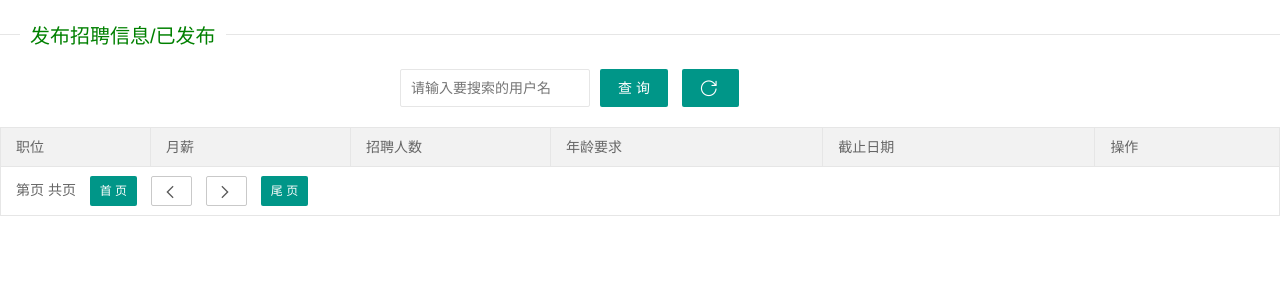
Repository: LongJinhe-coder/java-web-
Page: http://localhost/projectDemo7.30/checkRecruitment.jsp
The author's editor kept a copy of each file at every save. The page is drawn from the files as they stood at one save, then again after the next save.
The browser window is 1280 px wide. The pictures show the whole page.
The page is served by Tomcat 9. Other server files are loaded and not shown.

Above is the page before, as saved 2020-07-29 07:43:14.
Console error (its wording comes from the project's code and is left out).

### MyEclipse CI/projectDemo7.30/WebRoot/checkRecruitment.jsp
<%@page import="com.etc.dao.RecruitDao"%>
<%@ page language="java" import="java.util.*" pageEncoding="UTF-8"%>
<%@ taglib prefix="c" uri="http://java.sun.com/jsp/jstl/core" %>
<%@ page import="com.etc.entity.*" %>

<%
String path = request.getContextPath();
String basePath = request.getScheme()+"://"+request.getServerName()+":"+request.getServerPort()+path+"/";
%>

<!DOCTYPE html>
<html>
<head>
  <meta charset="utf-8">
  <title>Layui</title>
  <meta name="renderer" content="webkit">
  <meta http-equiv="X-UA-Compatible" content="IE=edge,chrome=1">
  <meta name="viewport" content="width=device-width, initial-scale=1, maximum-scale=1">
  <link rel="stylesheet" href="layui/css/layui.css"  media="all">
  <!-- 注意：如果你直接复制所有代码到本地，上述css路径需要改成你本地的 -->
</head>

<%
	PageData pagedata = (PageData)request.getAttribute("pagedata");

	  RecruitDao rdao=new RecruitDao();
 %>

<body>
 <fieldset class="layui-elem-field layui-field-title" style="margin-top: 20px;">
  <legend align="left" style="color:green;">发布招聘信息/已发布</legend>
</fieldset>
 <form class="layui-form"  action="">
  <div class="layui-form-item">
    <div class="layui-inline">
      <div class="layui-input-inline" style="margin-left:400px">
        <input onkeydown="show();" type="text" name="positionName" autocomplete="off"  id="btn_text" class="layui-input" placeholder="请输入要搜索的用户名">
      </div>
      <div class="layui-input-inline">
       <button type="button" class="layui-btn" id="search_btn" onclick="search()">查 询</button>
      	<button type="button" class="layui-btn" onclick="refresh()"><i class="layui-icon">&#xe669;</i></button>
      </div>
    </div>
    </div>
</form>

<table class="layui-table">
  <colgroup>
    <col width="150">
    <col width="200">
    <col width="200">
  </colgroup>
  <thead>
    <tr>
      <th>职位</th>
      <th>月薪</th>
      <th>招聘人数</th>
      <th>年龄要求</th>
      <th>截止日期</th>
      <th>操作</th>
    </tr>
  </thead>
  <tbody>

  <c:forEach  var="recruitment" items="${pagedata.data}">
  <tr>
      <c:set var="positionID" value="${recruitment.positionID.positionID}" scope="request"></c:set>
      <!-- 得到岗位名称 -->
      <td><%=rdao.getPositionName((int)request.getAttribute("positionID"))%></td>
      <td>${recruitment.salary}</td>
      <td>${recruitment.count}</td>
      <td>${recruitment.age}</td>
      <td>${recruitment.dueDate}</td>

      <td><button type="button" class="layui-btn" onclick="lookInfo(${recruitment.recruitmentID},${pagedata.pageNo},${pagedata.pageSize})">查看信息</button><button type="button" class="layui-btn" onclick="deleteInfo(${recruitment.recruitmentID},${pagedata.pageNo},${pagedata.pageSize})">撤回信息</button></td>
    </tr>

     </c:forEach>
  <tr>

   		<td colspan="6">
   			第<font color="red">${pagedata.pageNo}</font>页 共<font color="red">${pagedata.totalPage}</font>页
   			<button type="button" class="layui-btn layui-btn-sm" onclick="toFirst(${pagedata.pageNo},${pagedata.pageSize})" style="margin-left:10px">首 页</button>
   			<button type="button" class="layui-btn layui-btn-sm layui-btn-primary" onclick="prePage(${pagedata.pageNo},${pagedata.pageSize})">
			  <i class="layui-icon">&#xe603;</i>
			</button>
			<button type="button" class="layui-btn layui-btn-sm layui-btn-primary" onclick="nextPage(${pagedata.pageNo},${pagedata.pageSize},${pagedata.totalPage})">
			  <i class="layui-icon">&#xe602;</i>
			</button>
   			<button type="button" class="layui-btn layui-btn-sm" onclick="toLast(${pagedata.pageNo},${pagedata.pageSize},${pagedata.totalPage})">尾 页</button>
   		</td>
   </tr>

  </tbody>
</table>
<c:if test="${pagedata.totalPage == 0}">
      	 <center><font size="30px" color="black">没有找到与您搜索相匹配的用户！</font></center>
</c:if>
</body>
<script type="text/javascript">
//传pageNo,pageSize是为了删除后回到当前界面



 //首页
  function toFirst(pageNo,pageSize){
   if(pageNo<=1){
  	return;
  }
  location.href="RecruitmentInfo?option=queryByPage&pageNo=1&pageSize="+pageSize+"&url=checkRecruitment.jsp";
  }
  function prePage(pageNo,pageSize){
  if(pageNo<=1){
  	alert("当前已是第一页");
  	return;
  }
  	location.href="RecruitmentInfo?option=queryByPage&pageNo="+(pageNo-1)+"&pageSize="+pageSize+"&url=checkRecruitment.jsp";
  }
  function nextPage(pageNo,pageSize,totalPage){

    if(pageNo>=totalPage){
    	alert("当前已是最后一页");
  		return;
    }
  	location.href="RecruitmentInfo?option=queryByPage&pageNo="+(pageNo+1)+"&pageSize="+pageSize+"&url=checkRecruitment.jsp";
  }
  function toLast(pageNo,pageSize,totalPage){
  if(pageNo>=totalPage){
  		return;
    }
  	location.href="RecruitmentInfo?option=queryByPage&pageNo="+totalPage+"&pageSize="+pageSize+"&url=checkRecruitment.jsp";
  }

  function deleteInfo(recruitmentID,pageNo,pageSize){
	location.href="RecruitmentInfo?option=deleteInfo&recruitmentID="+recruitmentID+"&pageNo="+pageNo+"&pageSize="+pageSize+"&url=checkRecruitment.jsp";
}

 function lookInfo(recruitmentID,pageNo,pageSize){
   location.href="RecruitmentInfo?option=lookInfo&recruitmentID="+recruitmentID+"&pageNo="+pageNo+"&pageSize="+pageSize+"&url=checkRecruitment.jsp";
 }

  function search(){
  var positionName = document.getElementById("btn_text").value;
  if(positionName==null||positionName==""){
  alert("请输入查询的内容！");
  return;
  }
  location.href="RecruitmentInfo?option=queryLikeName&positionName="+positionName+"&url=checkRecruitment.jsp";
  }

  function refresh(){
  location.href="RecruitmentInfo?option=queryByPage&url=checkRecruitment.jsp";
  }
   function show () {
      var e=window.event||arguments.callee.caller.arguments[0];
      if(e.keyCode==13){
         event.keyCode = 0;//屏蔽回车键
          event.returnValue = false;
          alert("请点击查询按钮！");
      }
    }


</script>
</html>

### MyEclipse CI/projectDemo7.30/src/com/etc/dao/RecruitDao.java
package com.etc.dao;

import java.util.ArrayList;
import java.util.Date;
import java.util.List;

import javax.sql.rowset.CachedRowSet;

import com.etc.entity.PageData;
import com.etc.entity.Position;
import com.etc.entity.RecruitmentInformation;
import com.etc.entity.User;
import com.etc.util.DBUtil;

public class RecruitDao {

	DBUtil dbutil=new DBUtil();
	public List<RecruitmentInformation> queryAllRecruitmentAndPositionName(){
		  //1.创建一个列表对象
		  List<RecruitmentInformation> list  = new ArrayList<RecruitmentInformation>();

		  //sql语句
		  String sql = "select a.recruitmentID,a.firmID,a.positionID ,a.adminID,a.positionDescribe,a.salary,a.dueDate,a.checkStatus,a.count,a.age,b.positionName,b.positionType  FROM 招聘信息表 a,职位表 b WHERE a.positionID=b.positionID";
		  CachedRowSet crs = dbutil.Query(sql);
		  System.out.println("crs的长度"+crs.size());
		  //4.读取crs中的数据
		  try {
		   while(crs.next()) {
		    int  recruitmentID=crs.getInt("recruitmentID");
		    String salary=crs.getString("salary");
		    int count=crs.getInt("count");
		    String age=crs.getString("age");
		    Date dueDate=crs.getDate("dueDate");

		    //第2种方法
		    //创建一个职位类型对象
		    Position position=new Position();
		    String positionName=crs.getString("positionName");
		    position.setPositionName(positionName);

		    //创建招聘信息
		   RecruitmentInformation ri=new RecruitmentInformation();
		   ri.setRecruitmentID(recruitmentID);
		   ri.setSalary(salary);
		   ri.setAge(age);
		   ri.setDueDate(dueDate);
		   ri.setPositionID(position);
		   ri.setCount(count);

		    //6.将招聘信息添加到列表中
		    list.add(ri);
		   }
		  } catch (Exception e) {
		   // TODO: handle exception
		  }
		  return list;

		 }

	//查询详细的招聘信息
		public RecruitmentInformation queryRecruitmentInfoById(int recruitmentID) {
			String sql = "select * from 招聘信息表 where recruitmentID="+recruitmentID;
			List<RecruitmentInformation> list = (List<RecruitmentInformation>)dbutil.Select(sql, RecruitmentInformation.class);
			System.out.println("招聘信息表长度------------->"+list.size());
			return list.get(0);

		}

	//分页查询
	/*
	 * pageNo 当前页
	 * pageSize 每页多少条记录
	 */
	public PageData queryByPage(int pageNo,int pageSize) {

		String sql = "select a.recruitmentID,a.firmID,a.positionID ,a.adminID,a.positionDescribe,a.salary,a.dueDate,a.checkStatus,a.count,a.age,b.positionName,b.positionType  FROM 招聘信息表 a,职位表 b WHERE a.positionID=b.positionID";

		//调用dbutil的getpage方法
		PageData pageData = dbutil.getpage(sql, pageNo, pageSize, RecruitmentInformation.class);
		return pageData;

	}



	//撤回招聘信息
	public boolean deleteRecruitmentInfo(int recruitmentID) {
		int result = 0;
		String sql = "delete from 招聘信息表 where recruitmentID = ?";
		result = dbutil.update(sql,recruitmentID);
		return result>0;

	}

	//模糊查询的方法
	public PageData queryLikeName(String positionName) {
		  int positionID=getPositionID(positionName);
		  System.out.println("positionID="+positionID);
		  //sql语句
		 String sql = "select a.recruitmentID,a.firmID,a.positionID,a.adminID,a.positionDescribe,a.salary,a.dueDate,a.checkStatus,a.count,a.age,b.positionName,b.positionType  FROM 招聘信息表 a,职位表 b WHERE a.positionID=b.positionID and a.positionID like "+"'%"+positionID+"%'";
		//调用dbutil的getpage方法
			List<RecruitmentInformation> list = (List<RecruitmentInformation>)dbutil.Select(sql, RecruitmentInformation.class);
			PageData pageData = new PageData(list,1,list.size(),list.size());
			return pageData;

	}

	//通过职位编号获取职位名
	public String getPositionName(int positionID) {
		String sql="select *from 职位表 where positionID="+positionID+"";
		List<Position> list=(List<Position>)dbutil.Select(sql, Position.class);
		System.out.println("size="+list.size());
		String positionName=list.get(0).getPositionName();
		//System.out.println("positionName="+positionName);
		return positionName;
	}

	//通过职位名获取职位编号（模糊查询）
	public int getPositionID(String positionName) {
		String sql="select *from 职位表 where positionName like"+"'%"+positionName+"%'";
		List<Position> list=(List<Position>)dbutil.Select(sql, Position.class);
		int  positionID=list.get(0).getPositionID();
		//System.out.println("positionID="+positionID);
		//System.out.println("list.size()="+list.size());
		return positionID;
	}

	//添加招聘信息
	public boolean addRecruit(RecruitmentInformation ri){
		String sql="insert into 招聘信息表 values(?,?,?,?,?,?,?,?,?,?)";//？参数
		//初始化
		int result=0;

		result=dbutil.update(sql,ri.getRecruitmentID(),ri.getFirmID().getFirmID(),ri.getPositionID().getPositionID(),ri.getAdminID().getAdminID(),
				ri.getPositionDescribe(),ri.getSalary(),ri.getDueDate(),ri.getCheckStatus(),ri.getCount(),ri.getAge());
			return result>0;
	}

}

### MyEclipse CI/projectDemo7.30/src/com/etc/util/DBUtil.java
package com.etc.util;

import java.lang.reflect.Field;
import java.sql.Connection;
import java.sql.DriverManager;
import java.sql.PreparedStatement;
import java.sql.ResultSet;
import java.util.ArrayList;
import java.util.List;

import javax.sql.rowset.CachedRowSet;

import com.etc.entity.Administrator;
import com.etc.entity.Firm;
import com.etc.entity.PageData;
import com.etc.entity.Position;
import com.sun.rowset.CachedRowSetImpl;

public class DBUtil {
	   //1.加载并注册驱动程序
	 public static final String DRIVER="com.mysql.jdbc.Driver";
	 //URL USER PASSWORD
	 public static final String URL="jdbc:mysql://localhost:3306/web_db?characterEncoding=UTF-8";
	 public static final String USER="root";
	 public static final String PASSWORD="jh2000";

	 //2.创建一个Connection getCon()方法
	 public static Connection getCon() {
	  //创建Connection对象
	  Connection con=null;
	  try {
	     Class.forName(DRIVER);
	     con=DriverManager.getConnection(URL, USER, PASSWORD);
	     System.out.println("数据库连接成功");
	  }catch(Exception e) {
	   e.printStackTrace();
	  }
	  return con;

	 }

	 //查询功能

	 public static CachedRowSet Query(String sql,Object ...param) {
	  //连接数据库
	  //创建Connectiond对象
	  Connection conn=getCon();

	  //创建PreparedStatement
	  PreparedStatement ps=null;
	  //创建Result对象
	  ResultSet rs=null;
	  //CachedRowSet缓存集
	  CachedRowSet crs=null;

	  try {
	   //实例化PreparedStatement
	   ps=conn.prepareStatement(sql);
	   //for循环遍历sql得参数
	   for(int i=0;i<param.length;i++) {
	    ps.setObject(i+1,param[i]);
	   }
	   rs=ps.executeQuery();

	   //实例化缓存集
	   crs=new CachedRowSetImpl();
	   crs.populate(rs);
	  }catch(Exception e) {

	   e.printStackTrace();
	  }

	  return crs;

	 }

	 public int update(String sql, Object ...param) {
			//1.获取连接
			Connection conn = getCon();
			PreparedStatement ps = null;
			int result = 0;
			try {
				//2.预编译sql语句，返回prepareStatement实例
				ps = conn.prepareStatement(sql);
				//3.循环遍历补充sql
				for (int i = 0; i < param.length; i++) {
					ps.setObject(i+1, param[i]);
				}
				//4.执行
				result = ps.executeUpdate();

			} catch (Exception e) {
				e.printStackTrace();
			}finally {
				//5.资源关闭
//				closeResource(conn, ps);
			}
			return result;
		}


	 //创建一个通用查询方法select
	 /*
	  * Class java反射
	  */
	 	public static Object Select(String sql,Class cla,Object ...param) {

	 		   CachedRowSet crs = Query(sql,param);

	 		//创建一个列表对象
	  		  List<Object> list = new ArrayList<Object>();
	 		   //新增java反射机制
	 		   //1.获取成员属性
	 		   Field[] fs = cla.getDeclaredFields();
//	 		  System.out.println("fs："+fs);
	 		   Object obj = null;
	 		   try {
				while (crs.next()) {
					//2.获取对象实例
					  obj = cla.newInstance();
					//3.for循环遍历每个属性
					 for (Field field : fs) {
						//4.开启访问属性的权限
						 field.setAccessible(true);
						 //获取属性的类型
						 String type = field.getGenericType().toString();
						// System.out.println("属性类型="+type);
						 //5.获取属性名称
						 String key = field.getName();
						 //System.out.println("fs属性名："+key);
						 //6.获取属性值
						 Object val = crs.getObject(key);
						// System.out.println("crs属性值："+val);
						 //7.为每个属性赋值
						 if (type.equals("class com.etc.entity.Administrator")) {
								Administrator admin = new Administrator();
								admin.setAdminID((int) val);
								field.set(obj, admin);
							}else if (type.equals("class com.etc.entity.Firm")) {
								Firm firm = new Firm();
								firm.setFirmID((int) val);
								field.set(obj, firm);
							}else if (type.equals("class com.etc.entity.Position")) {
								Position position = new Position();
								position.setPositionID((int) val);
								field.set(obj, position);
							}else {
								 field.set(obj, val);
							}

					}
					 list.add(obj);
				}
			} catch (Exception e) {
				// TODO Auto-generated catch block
				e.printStackTrace();
			}

	 		  return list;
		}


		public static PageData getpage(String sql,Integer pageNo, Integer pageSize,Class cla,Object ...param) {
			//select * from tbl_book;
	 		//select count(*) from (select * from tbl_book) t
	 		//查询数据库总记录数
	 		String selsql = "select count(*) from ("+sql+") t";
	 		Integer totalCount = getCount(selsql, param);

	 		//获取列表数据
	 		//得到起始位置 0,3 3,3 6,3
	 		int start = (pageNo-1)*pageSize;
	 		//分页查询的sql语句
	 		String limitsql = sql + " limit " + start + "," + pageSize;
	 		List list = (List)Select(limitsql, cla, param);
	 		//实例化pageData对象
	 		PageData pageData = new PageData(list, pageNo, pageSize, totalCount);

	 		return pageData;

		}

	 	//创建查询数据的总记录数
	 	public static int getCount(String sql,Object ...param) {

	 		CachedRowSet crs = Query(sql, param);

	 		   try {
				if (crs.next()) {
					return crs.getInt(1);//索引从1开始
				}
			} catch (Exception e) {
				// TODO Auto-generated catch block
				e.printStackTrace();
			}

			return 0;

		}

}

Loaded but not shown: MyEclipse CI/projectDemo7.30/WebRoot/layui/css/layui.css (library)

After the next save:
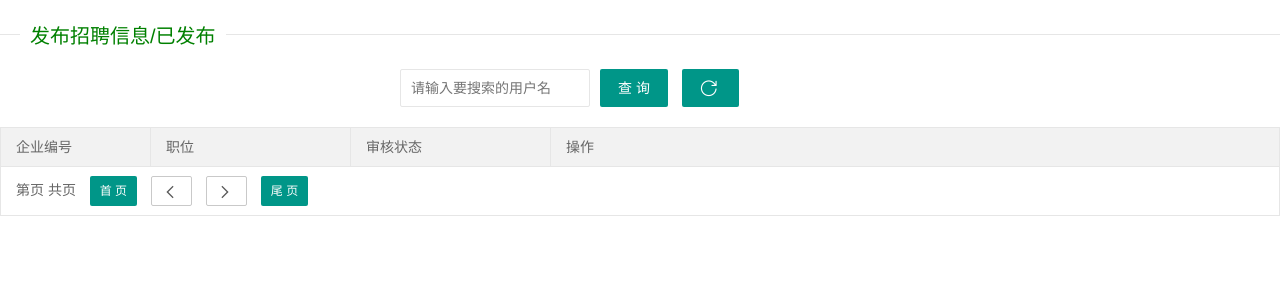
Saved 7 min 6 s later.
--- a/MyEclipse CI/projectDemo7.30/WebRoot/checkRecruitment.jsp
+++ b/MyEclipse CI/projectDemo7.30/WebRoot/checkRecruitment.jsp
@@ -52,11 +52,9 @@ String basePath = request.getScheme()+"://"+request.getServerName()+":"+request.
   </colgroup>
   <thead>
     <tr>
+      <th>企业编号</th>
       <th>职位</th>
-      <th>月薪</th>
-      <th>招聘人数</th>
-      <th>年龄要求</th>
-      <th>截止日期</th>
+      <th>审核状态</th>
       <th>操作</th>
     </tr>
   </thead>
@@ -65,13 +63,10 @@ String basePath = request.getScheme()+"://"+request.getServerName()+":"+request.
   <c:forEach  var="recruitment" items="${pagedata.data}">
   <tr>
       <c:set var="positionID" value="${recruitment.positionID.positionID}" scope="request"></c:set>
+      <td>${recruitment.firmID.firmID}</td>
       <!-- 得到岗位名称 -->
       <td><%=rdao.getPositionName((int)request.getAttribute("positionID"))%></td>
-      <td>${recruitment.salary}</td>
-      <td>${recruitment.count}</td>
-      <td>${recruitment.age}</td>
-      <td>${recruitment.dueDate}</td>
-
+      <td><font color="red">${recruitment.checkStatus}</font></td>
       <td><button type="button" class="layui-btn" onclick="lookInfo(${recruitment.recruitmentID},${pagedata.pageNo},${pagedata.pageSize})">查看信息</button><button type="button" class="layui-btn" onclick="deleteInfo(${recruitment.recruitmentID},${pagedata.pageNo},${pagedata.pageSize})">撤回信息</button></td>
     </tr>
 
